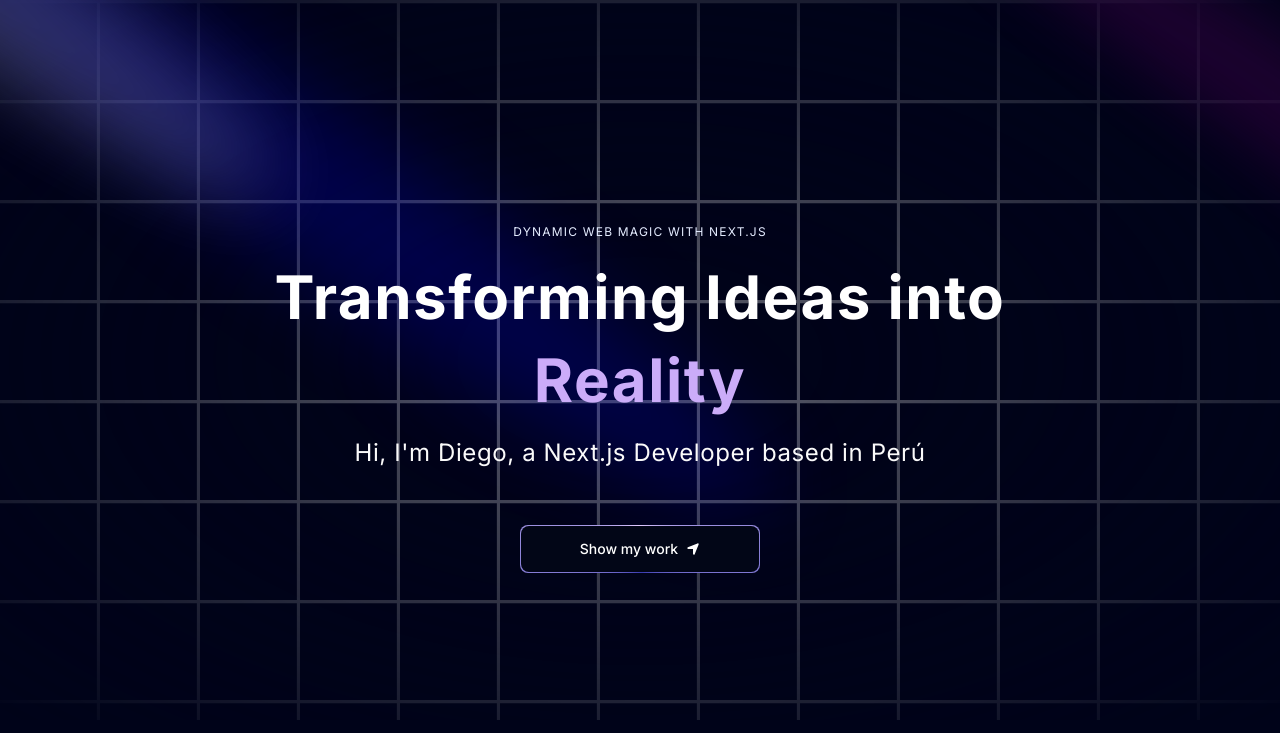
Repository: drsamame/portfolio.next
Page: /
These files come from the project's save history. The page is drawn as it stood at one moment and after a run of saves; the edit follows.
The browser window is 1280 px wide. The pictures show the whole page.
The project was rebuilt for these pictures with package versions that can differ from the ones it lists, and the page was loaded fresh each time. The framework's server and built-in components were replaced by stand-ins that run in the browser. Also part of the build but not shown: next.config.mjs.

Above is the page before, as saved 2024-07-02 18:05:51.

### app/layout.tsx
import type { Metadata } from 'next';
import { Inter } from 'next/font/google';
import './globals.css';
import { ThemeProvider } from './provider';

const inter = Inter({ subsets: ['latin'] });

export const metadata: Metadata = {
	title: "Diego's Portfolio",
	description: 'Modern & Minimalist JS Mastery Portfolio',
};

export default function RootLayout({
	children,
}: Readonly<{
	children: React.ReactNode;
}>) {
	return (
		<html lang="en">
			<body className={inter.className}>
				<ThemeProvider
					attribute="class"
					defaultTheme="dark"
					enableSystem
					disableTransitionOnChange
				>
					{children}
				</ThemeProvider>
			</body>
		</html>
	);
}

### app/page.tsx
import Hero from "@/components/Hero";


export default function Home() {
  return (
    <main className="relative bg-black-100 flex justify-center items-center flex-col overflow-hidden mx-auto sm:px-10 px-5">
      <div className="max-w-7xl w-full">
        <Hero />
      </div>
    </main>
  );
}

### components/Hero.tsx
import React from 'react';
import { Spotlight } from '@/components/ui/Spotlight';
import { TextGenerateEffect } from './ui/TextGenerateEffect';
import MagicButton from './ui/MagicButton';
import { FaLocationArrow } from 'react-icons/fa6';

function Hero() {
	return (
		<div className="pb-20 pt-36">
			<div>
				{' '}
				<Spotlight
					className="-top-40 -left-10 md:-left-32 md:-top-20p h-screen"
					fill="white"
				/>
				<Spotlight
					className="top-10 left-full h-[80vh] w-[50vw]"
					fill="purple"
				/>
				<Spotlight className="top-28 left-80 h-[80-vh] w-[50vw]" fill="blue" />
			</div>
			<div className="h-screen w-full dark:bg-black-100 bg-white  dark:bg-grid-white/[0.3] bg-grid-black/[0.2] flex items-center justify-center absolute left-0 top-0">
				<div className="absolute pointer-events-none inset-0 flex items-center justify-center dark:bg-black-100 bg-white [mask-image:radial-gradient(ellipse_at_center,transparent_20%,black)]"></div>
			</div>
			<div className="flex justify-center relative my-20 z-10">
				<div className="max-w-[89vw] md:max-w-2xl lg:max-w-[60vw] flex flex-col items-center justify-center">
					<h2 className="uppercase tracking-widest text-xs text-center text-blue-100 max-w-80">
						DYNAMIC WEB MAGIC WITH NEXT.JS
					</h2>
					<TextGenerateEffect
						className="text-center text-[40px] md:text-5xl lg:text-6xl"
						words={'Transforming Ideas into Reality'}
					></TextGenerateEffect>
					<p className="text-center md:tracking-wide mb-4 text-sm md:text-lg lg:text-2xl">
						Hi, I&apos;m Diego, a Next.js Developer based in Perú
					</p>
					<MagicButton
						title="Show my work"
						icon={<FaLocationArrow />}
						position="right"
					/>
				</div>
			</div>
		</div>
	);
}

export default Hero;

### components/ui/Spotlight.tsx
import React from "react";
import { cn } from "@/utils/cn";

type SpotlightProps = {
  className?: string;
  fill?: string;
};

export const Spotlight = ({ className, fill }: SpotlightProps) => {
  return (
    <svg
      className={cn(
        "animate-spotlight pointer-events-none absolute z-[1]  h-[169%] w-[138%] lg:w-[84%] opacity-0",
        className
      )}
      xmlns="http://www.w3.org/2000/svg"
      viewBox="0 0 3787 2842"
      fill="none"
    >
      <g filter="url(#filter)">
        <ellipse
          cx="1924.71"
          cy="273.501"
          rx="1924.71"
          ry="273.501"
          transform="matrix(-0.822377 -0.568943 -0.568943 0.822377 3631.88 2291.09)"
          fill={fill || "white"}
          fillOpacity="0.21"
        ></ellipse>
      </g>
      <defs>
        <filter
          id="filter"
          x="0.860352"
          y="0.838989"
          width="3785.16"
          height="2840.26"
          filterUnits="userSpaceOnUse"
          colorInterpolationFilters="sRGB"
        >
          <feFlood floodOpacity="0" result="BackgroundImageFix"></feFlood>
          <feBlend
            mode="normal"
            in="SourceGraphic"
            in2="BackgroundImageFix"
            result="shape"
          ></feBlend>
          <feGaussianBlur
            stdDeviation="151"
            result="effect1_foregroundBlur_1065_8"
          ></feGaussianBlur>
        </filter>
      </defs>
    </svg>
  );
};

### components/ui/TextGenerateEffect.tsx
"use client";
import { useEffect } from "react";
import { motion, stagger, useAnimate } from "framer-motion";
import { cn } from "@/utils/cn";

export const TextGenerateEffect = ({
  words,
  className,
}: {
  words: string;
  className?: string;
}) => {
  const [scope, animate] = useAnimate();
  let wordsArray = words.split(" ");
  useEffect(() => {
    animate(
      "span",
      {
        opacity: 1,
      },
      {
        duration: 2,
        delay: stagger(0.2),
      }
    );
  }, [scope.current]);

  const renderWords = () => {
    return (
      <motion.div ref={scope}>
        {wordsArray.map((word, idx) => {
          return (
            <motion.span
              key={word + idx}
              className={`${ idx > 2 ? 'text-purple': 'dark:text-white text-black'}  opacity-0`}
            >
              {word}{" "}
            </motion.span>
          );
        })}
      </motion.div>
    );
  };

  return (
    <div className={cn("font-bold", className)}>
      <div className="my-4">
        <div className=" dark:text-white text-black leading-snug tracking-wide">
          {renderWords()}
        </div>
      </div>
    </div>
  );
};

### components/ui/MagicButton.tsx
import React from 'react';

function MagicButton({ title, icon, position, handleClick, otherClases }: { title: string; icon: React.ReactNode; position: string; handleClick: () => void; otherClases?: string }) {
	return (
		<button className="relative inline-flex h-12 overflow-hidden rounded-lg p-[1px] focus:outline-none md:w-60 md:mt-10">
			<span className="absolute inset-[-1000%] animate-[spin_2s_linear_infinite] bg-[conic-gradient(from_90deg_at_50%_50%,#E2CBFF_0%,#393BB2_50%,#E2CBFF_100%)]" />
			<span className={`inline-flex h-full w-full cursor-pointer items-center justify-center rounded-lg bg-slate-950 px-7 text-sm font-medium text-white backdrop-blur-3xl gap-2 ${otherClases}`}>
                {position === 'left' && icon}
				{title}
                {position === 'right' && icon}
			</span>
		</button>
	);
}

export default MagicButton;

Loaded but not shown: app/globals.css (common file); app/provider.tsx (common file); utils/cn.ts (common file); tailwind.config.ts (common file)

After the next 2 saves:
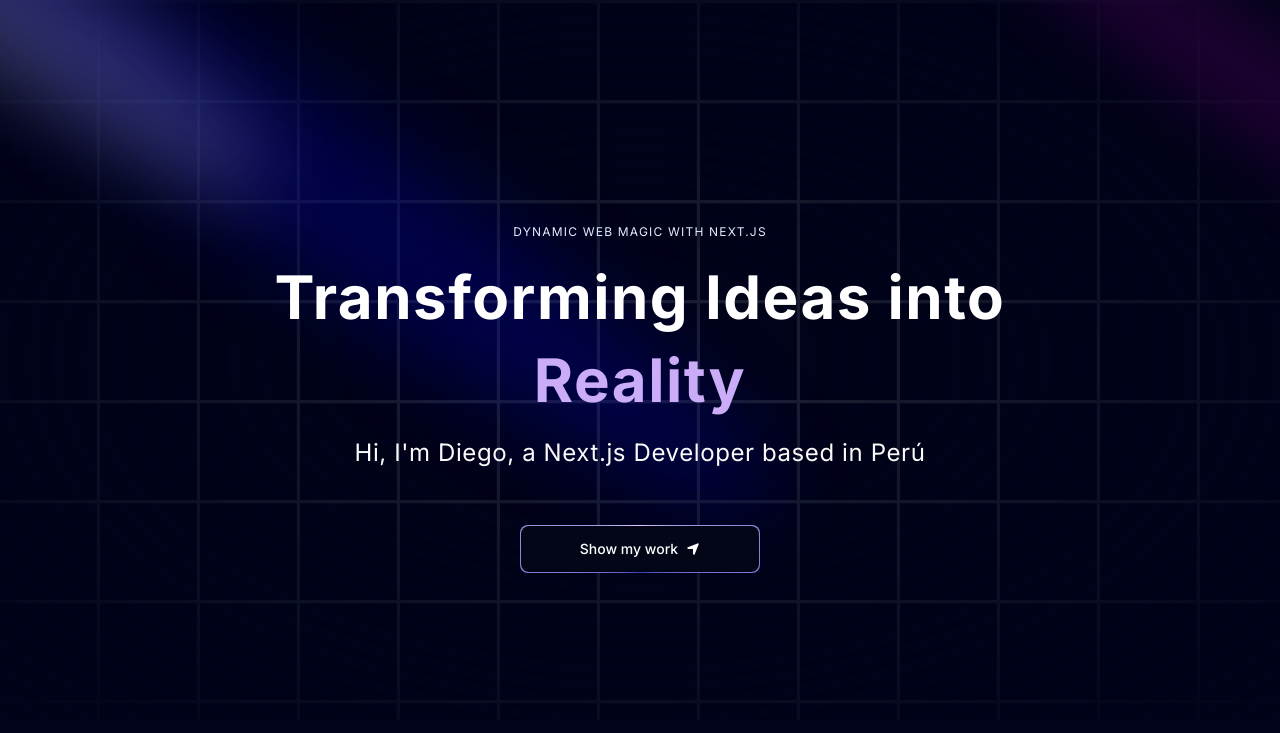
The 2 saves are shown as one change because they came seconds apart.
The last was saved 50 s later.
--- a/components/Hero.tsx
+++ b/components/Hero.tsx
@@ -19,7 +19,7 @@
 				/>
 				<Spotlight className="top-28 left-80 h-[80-vh] w-[50vw]" fill="blue" />
 			</div>
-			<div className="h-screen w-full dark:bg-black-100 bg-white  dark:bg-grid-white/[0.3] bg-grid-black/[0.2] flex items-center justify-center absolute left-0 top-0">
+			<div className="h-screen w-full dark:bg-black-100 bg-white  dark:bg-grid-white/[0.1] bg-grid-black/[0.2] flex items-center justify-center absolute left-0 top-0">
 				<div className="absolute pointer-events-none inset-0 flex items-center justify-center dark:bg-black-100 bg-white [mask-image:radial-gradient(ellipse_at_center,transparent_20%,black)]"></div>
 			</div>
 			<div className="flex justify-center relative my-20 z-10">
